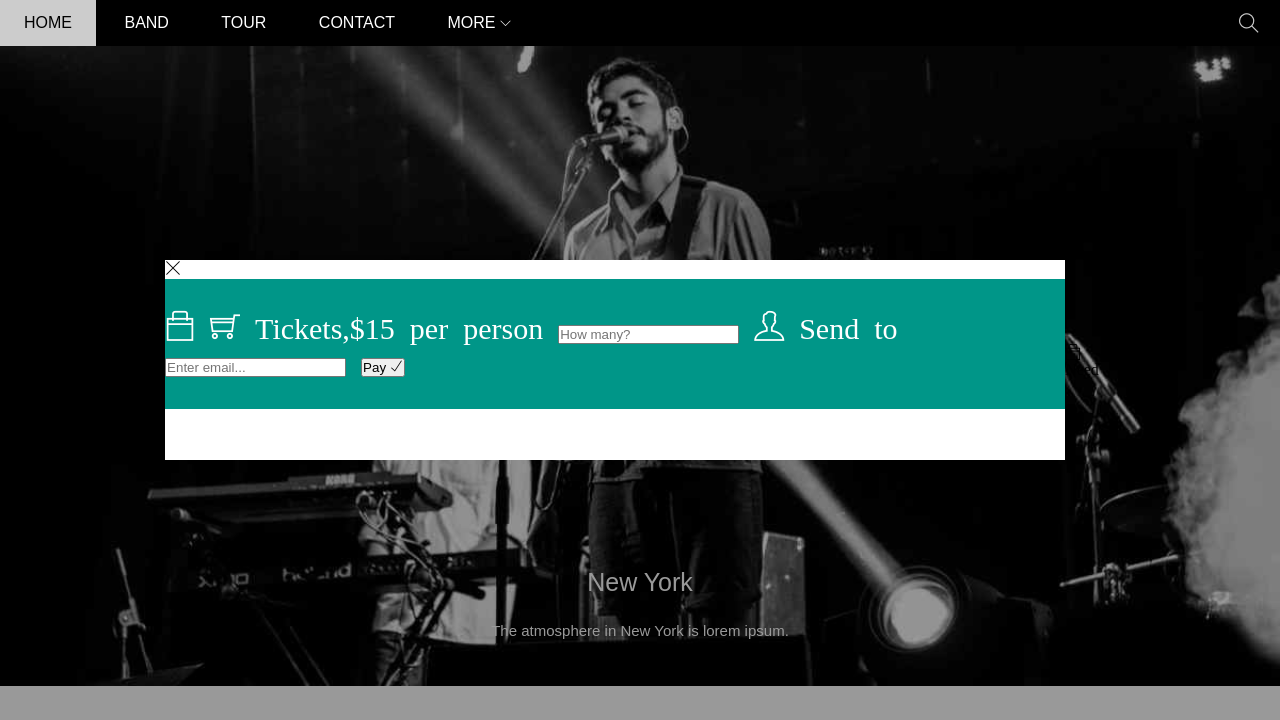
Repository: BrandonTuan777/The_Band
Page: index.html
These files come from the project's save history. The page is drawn as it stood at one moment and after a run of saves; the edit follows.
The browser window is 1280 px wide. The pictures show the window.
A layer covers the whole window, so only the first screen is drawn.

Above is the page before, as saved 2022-04-17 21:00:52.

After the next 2 saves:
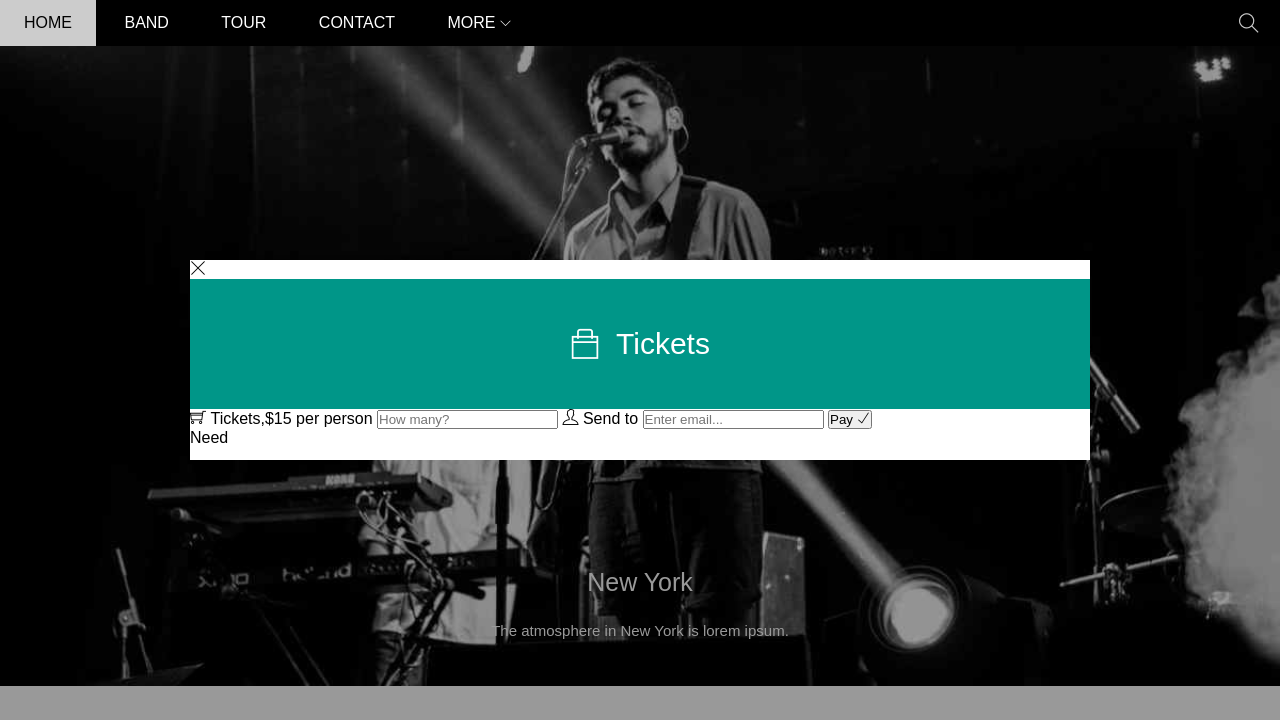
The 2 saves are shown as one change because they came seconds apart.
The last was saved 9 s later.
--- a/index.html
+++ b/index.html
@@ -255,7 +255,7 @@
         </div>
 
         <header class="modal-header">
-          <i class="ti-bag" style="margin-right:16px;></i>
+          <i class="ti-bag" style="margin-right:16px"></i>
           Tickets
         </header>
 
